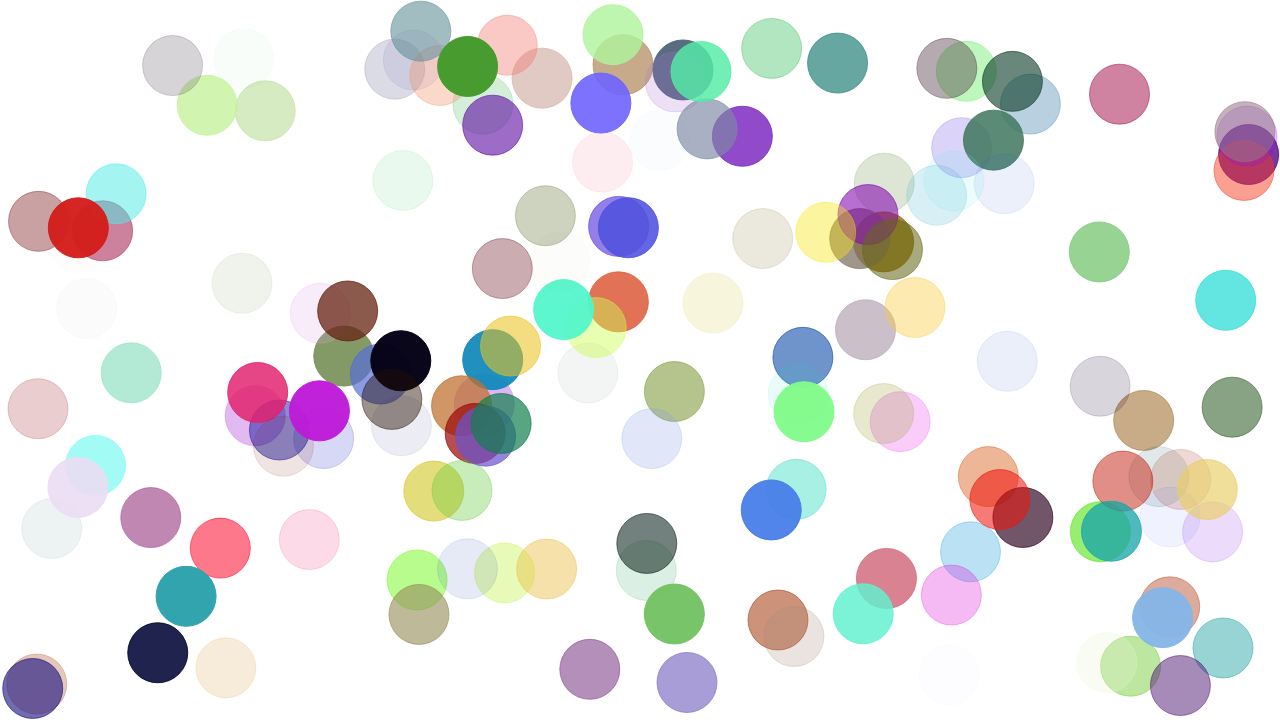
Repository: MikeTroianello/canvas-testing
Page: index.html
The author's editor kept a copy of each file at every save. The page is drawn from the files as they stood at one save, then again after the next save.
The browser window is 1280 px wide. The pictures show the whole page.

Above is the page before, as saved 2019-06-05 16:43:44.

### index.html
<!DOCTYPE html>
<html lang="en">
  <head>
    <meta charset="UTF-8" />
    <meta name="viewport" content="width=device-width, initial-scale=1.0" />
    <meta http-equiv="X-UA-Compatible" content="ie=edge" />
    <link rel="stylesheet" type="text/css" href="style.css" />
    <title>Canvas</title>
  </head>
  <body>
    <canvas></canvas>
    <script src="canvas.js"></script>
  </body>
</html>

### style.css
body {
  margin: 0;
}

/* canvas {
  border: 1px solid black;
} */

### canvas.js
var canvas = document.querySelector('canvas');
console.log(canvas);

canvas.width = window.innerWidth;
canvas.height = window.innerHeight;

var ctx = canvas.getContext('2d');

// for (let i = 0; i < canvas.width; i++) {
//   ctx.fillStyle = `rgba(${i}, ${i}, ${i * 30}, 1)`;
//   ctx.fillRect(i * 100, i * 100, 100, 100);
// }

//Line

// ctx.beginPath();
// ctx.moveTo(50, 300);
// ctx.lineTo(300, 100);
// ctx.lineTo(400, 300);
// ctx.strokeStyle = 'blue';
// ctx.stroke();

//arc
// ctx.beginPath();
// ctx.arc(300, 300, 30, 0, Math.PI * 2, false);
// ctx.strokeStyle = 'red';
// ctx.stroke();

// for (let i = 0; i < 1009; i++) {
//   var x = Math.random() * window.innerWidth;
//   var y = Math.random() * window.innerHeight;
//   var r = Math.floor(Math.random() * 255);
//   ctx.beginPath();
//   ctx.arc(x, y, 30, 0, Math.PI * 2, false);
//   ctx.strokeStyle = `rgba(${Math.floor(Math.random() * 255)},${Math.floor(
//     Math.random() * 255
//   )},${Math.floor(Math.random() * 255)}, ${Math.random()}`;
//   ctx.stroke();
// }

//MOVING CIRCLE

class Circle {
  constructor(x, y, dx, dy, radius, color) {
    this.x = x;
    this.y = y;
    this.dx = dx;
    this.dy = dy;
    this.radius = radius;
    this.color = color;
    this.draw = function() {
      ctx.beginPath();
      ctx.arc(this.x, this.y, this.radius, 0, Math.PI * 2, false);
      ctx.strokeStyle = this.color;
      ctx.stroke();
      ctx.fillStyle = this.color;
      ctx.fill();
    };
    this.update = function() {
      if (this.x + radius >= innerWidth || this.x - radius <= 0) {
        this.dx = -this.dx;
      }
      if (this.y + radius >= innerHeight || this.y - radius <= 0) {
        this.dy = -this.dy;
      }
      this.x += this.dx;
      this.y += this.dy;

      this.draw();
    };
  }
}

var circleArray = [];

for (let i = 0; i < 150; i++) {
  // let r = Math.random() * 35;
  let r = 30;
  let x = Math.random() * (innerWidth - r * 2) + r;
  let y = Math.random() * (innerHeight - r * 2) + r;
  let dx = (Math.random() - 0.5) * 5;
  let dy = (Math.random() - 0.5) * 5;
  let color = `rgba(${Math.floor(Math.random() * 255)},${Math.floor(
    Math.random() * 255
  )},${Math.floor(Math.random() * 255)}, ${Math.random()}`;
  circleArray.push(new Circle(x, y, dx, dy, r, color));
}

console.log(circleArray);

function animate() {
  requestAnimationFrame(animate);
  ctx.clearRect(0, 0, innerWidth, innerHeight);

  for (let i = 0; i < circleArray.length; i++) {
    circleArray[i].update();
  }
}

animate();

After the next save:
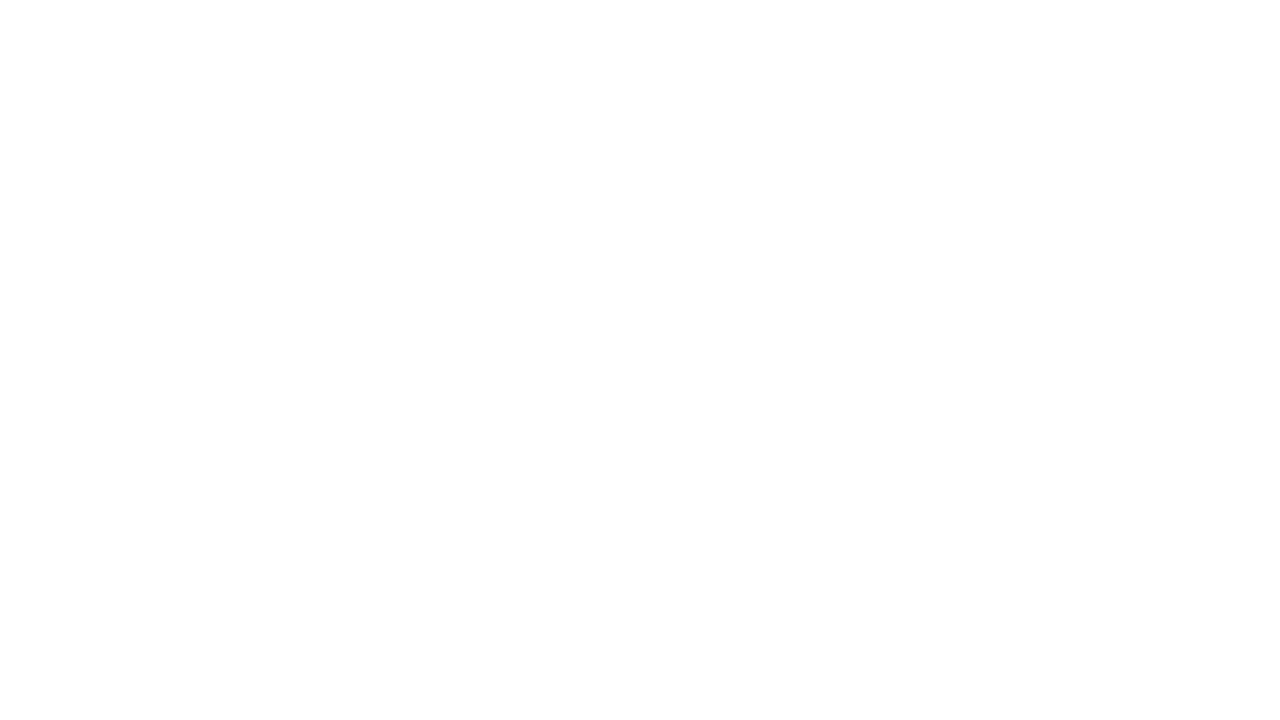
Console error: SyntaxError: Unexpected token ')'
Saved 41 min 17 s later.
--- a/canvas.js
+++ b/canvas.js
@@ -39,6 +39,12 @@
 // }
 
 //MOVING CIRCLE
+
+window.addEventListener('mousemove',
+  function(){
+    console.log('pop!');
+    )
+})
 
 class Circle {
   constructor(x, y, dx, dy, radius, color) {

After the save that followed:
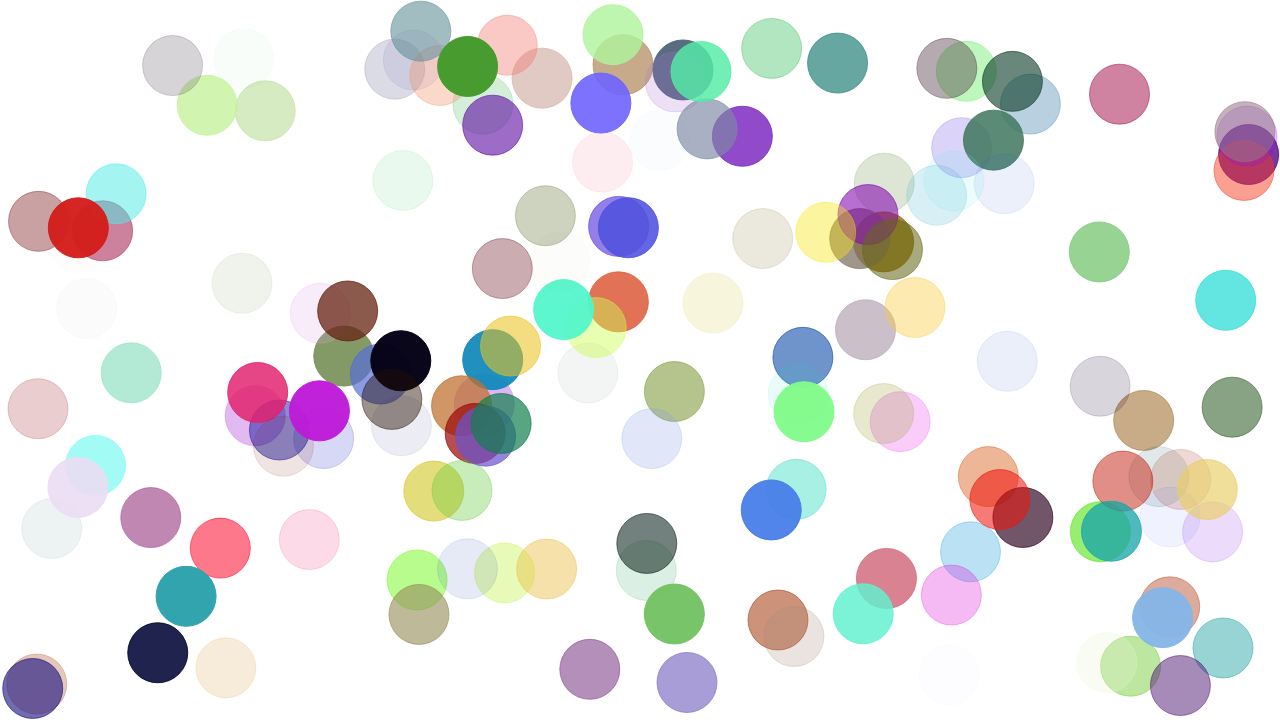
The error is gone.
Saved 4 s later.
--- a/canvas.js
+++ b/canvas.js
@@ -40,11 +40,9 @@
 
 //MOVING CIRCLE
 
-window.addEventListener('mousemove',
-  function(){
-    console.log('pop!');
-    )
-})
+window.addEventListener('mousemove', function() {
+  console.log('pop!');
+});
 
 class Circle {
   constructor(x, y, dx, dy, radius, color) {
